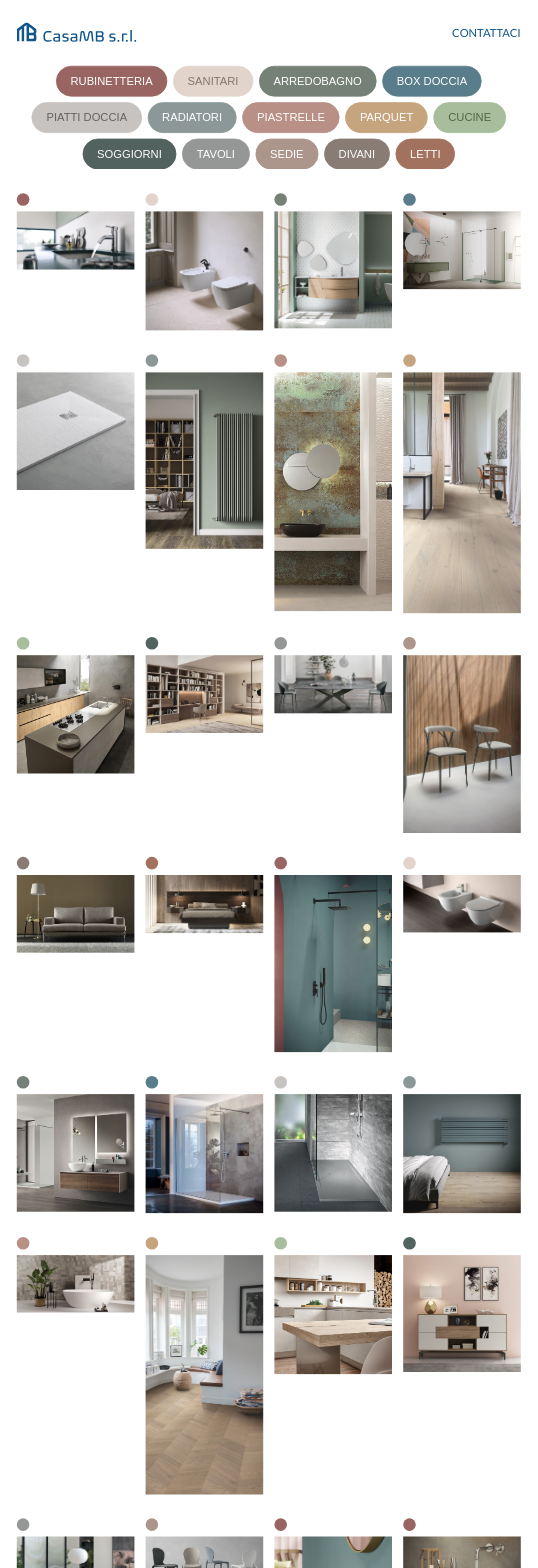
Repository: nicolorz/casamb
Page: /
The author's editor kept a copy of each file at every save. The page is drawn from the files as they stood at one save, then again after the next save.
The browser window is 768 px wide. The pictures show the part of the page from y = 0 to 2240 px (the page is 4593 px tall before and 13397 px after), at 70% of full size.
The project was rebuilt for these pictures with package versions that can differ from the ones it lists, and the page was loaded fresh each time. Also part of the build but not shown: src/index.css, src/App.css, src/components/FormContacts/FormContacts.css, src/components/FormContacts/formContacts.js, src/components/MapContacts/MapContacts.js, src/Contatti.js, src/ErrorPage.js.

Above is the page before, as saved 2023-07-28 00:01:15.

After the next save:
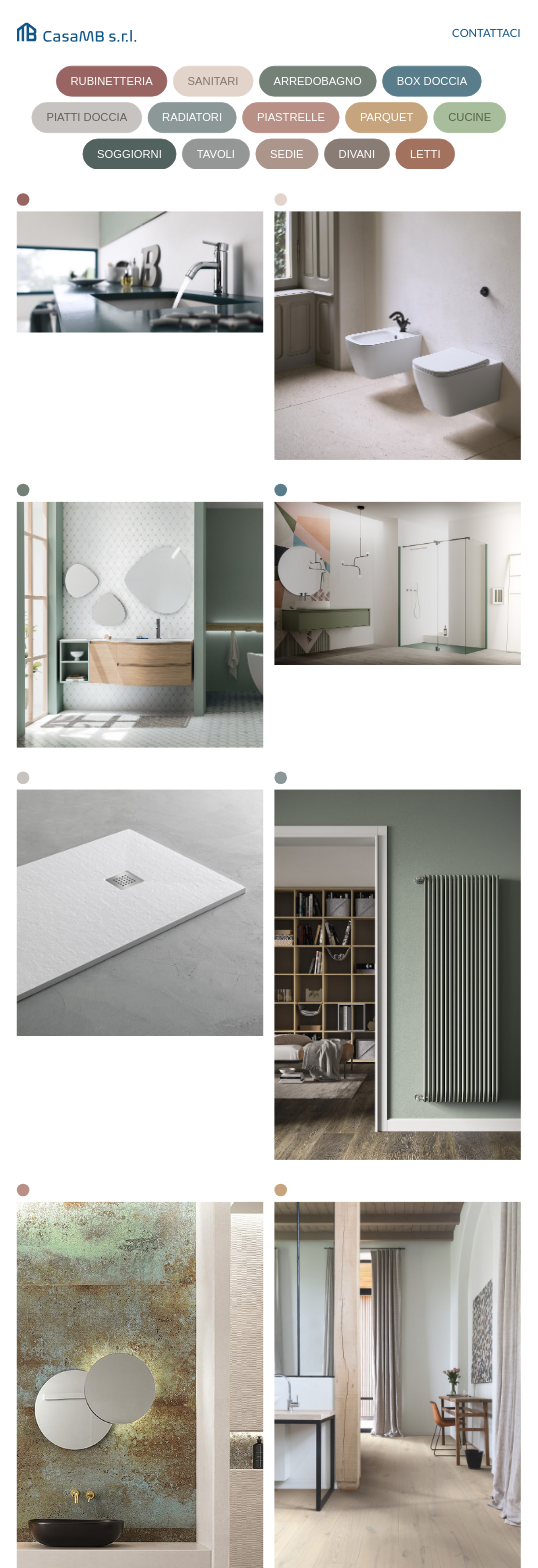
Saved 7 min 19 s later.
--- a/src/components/CardWrapper/CardWrapper.css
+++ b/src/components/CardWrapper/CardWrapper.css
@@ -13,3 +13,11 @@
         column-gap: 1rem;
     }
 }
+
+@media only screen and (max-width: 768px) {
+    .card-wrapper {
+        grid-template-columns: repeat(2, 1fr);
+        row-gap: 2rem;
+        column-gap: 1rem;
+    }
+}
